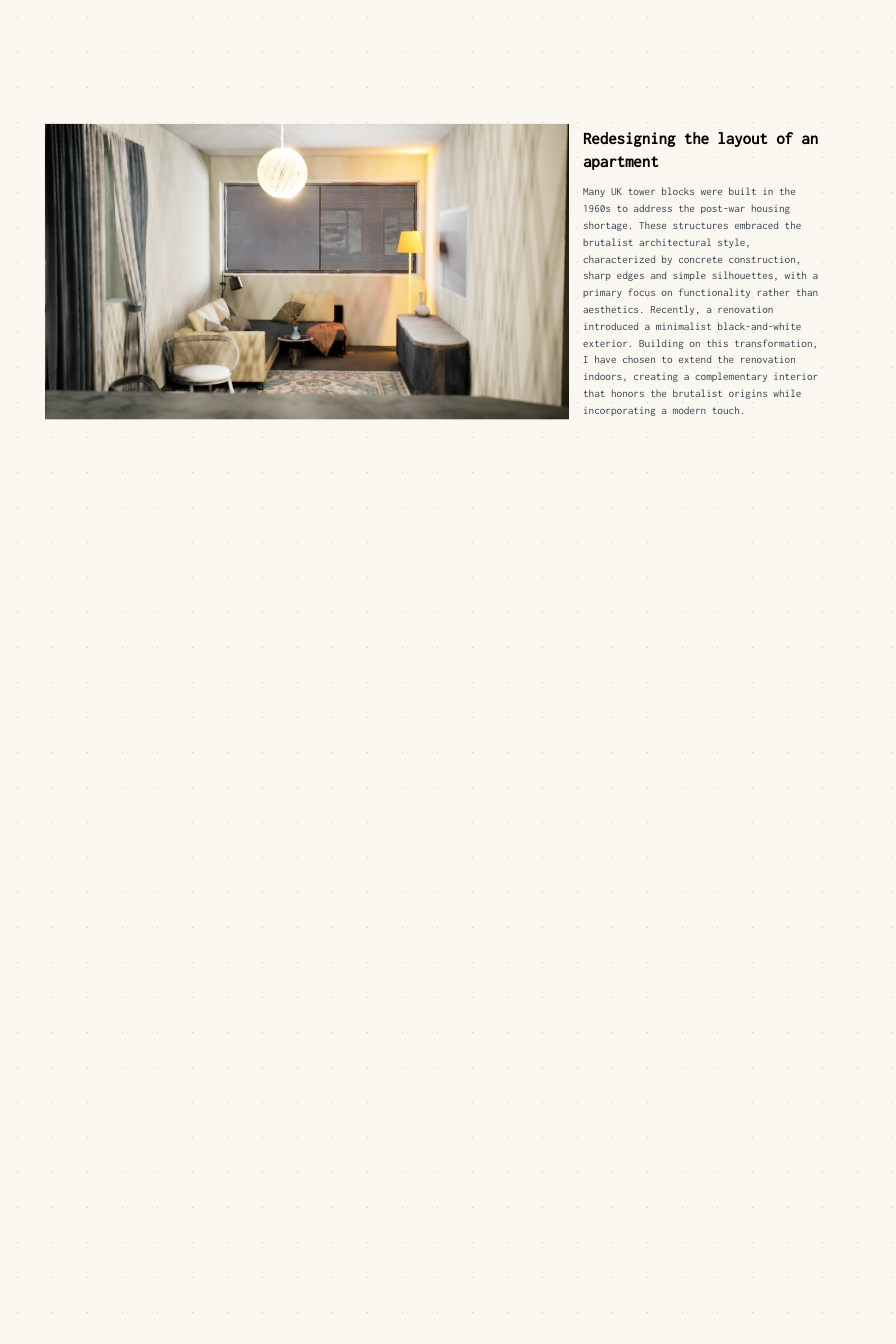
Repository: BBRRE/Portfolio-V2
Page: /#/Architecture
These files come from the project's save history. The page is drawn as it stood at one moment and after the next save; the edit follows.
The browser window is 1280 px wide. The pictures show the part of the page from y = 0 to 1920 px (the page is 4006 px tall), at 70% of full size.
Some web fonts or font styles are not loaded; a fallback is used. The project was rebuilt for these pictures with package versions that can differ from the ones it lists, and the page was loaded fresh each time. Also part of the build but not shown: vite.config.js, src/Subjects/CompSci.jsx, src/Subjects/EEng.jsx, src/Subjects/Other.jsx, src/Projects Overview.jsx, src/HomePage.jsx, src/ErrorBoundary.jsx.

Above is the page before, as saved 2024-11-26 19:10:34.

### index.html
<!doctype html>
<html lang="en">
  <head>
    <meta charset="UTF-8" />
    <link rel="icon" type="image/svg+xml" href="src\assets\letter-bb.svg" />
    <link href="https://fonts.googleapis.com/css2?family=Inconsolata&family=Italiana&family=Hubballi&family=Julius+Sans+One&display=swap" rel="stylesheet">
    <link rel="preconnect" href="https://fonts.googleapis.com" />
<link rel="preconnect" href="https://fonts.gstatic.com" crossorigin />
<link
  rel="stylesheet"
  href="https://fonts.googleapis.com/css2?family=Roboto:wght@300;400;500;700&display=swap"
/>
<link
  rel="stylesheet"
  href="https://fonts.googleapis.com/icon?family=Material+Icons"
/>

    <meta name="viewport" content="width=device-width, initial-scale=1.0" />
    <title>Bilaal Bare</title>
  </head>
  <body>
    <div id="root"></div>
    <script type="module" src="/src/main.jsx"></script>
  </body>
</html>

### src/main.jsx
import React from 'react'
import ReactDOM from 'react-dom/client'
import App from './App'
import ErrorBoundary from './ErrorBoundary'
import './index.css'

ReactDOM.createRoot(document.getElementById('root')).render(
  <React.StrictMode>
    <ErrorBoundary>
      <App />
    </ErrorBoundary>
  </React.StrictMode>
)

### src/App.jsx
import { HashRouter as Router, Routes, Route } from 'react-router-dom';
import Archi from './Subjects/Archi.jsx'
import CompSci from './Subjects/CompSci.jsx'
import EEng from './Subjects/EEng.jsx'
import Other from './Subjects/Other.jsx'
import { HomePage } from './HomePage'
import { useState, useEffect } from 'react'

function App() {
  useEffect(() => {
    console.log('App component mounted')
  }, [])

  return (
    <Router>
        <Routes>
          <Route path="/" element={<HomePage />} />
          <Route path="/Architecture" element={<Archi />} />
          <Route path="/Electronic-Eng" element={<EEng />} />
          <Route path="/Computer-Sci" element={<CompSci />} />
          <Route path="/Other" element={<Other />} />
        </Routes>
    </Router>
  )
}

export default App

### src/index.css
@tailwind base;
@tailwind components;
@tailwind utilities;

@layer utilities {
  .bg-dot-pattern {
    background-image: radial-gradient(circle, rgba(0, 0, 0, 0.2) 1px, transparent 1px);
    background-size: 50px 50px; /* Adjust the spacing here */
  }
}

### src/Subjects/Archi.jsx
import React, { useState, useEffect } from 'react';
import { motion } from "framer-motion";
import archi from "../assets/arch.jpg";
import old from "../assets/Old.jpg";
import newL from "../assets/New.jpg";
import render1 from "../assets/NewLevelSequence.0001.jpeg"
import render2 from "../assets/NewLevelSequence.0002.jpeg"
import render3 from "../assets/NewLevelSequence.0003.jpeg"
import render4 from "../assets/NewLevelSequence.0004.jpeg"
import render5 from "../assets/NewLevelSequence.0005.jpeg"
import kitchen from "../assets/Kitchene.PNG";
import balcony from "../assets/Balconye.PNG";
import bathroom from "../assets/Bathroome.PNG";

const Arcchi = () => {
  const [isExpanded, setIsExpanded] = useState(false);
  const [delayedExpanded, setDelayedExpanded] = useState(false);

  useEffect(() => {
    let timer;
    if (isExpanded) {setDelayedExpanded(true)
    } else {
      timer = setTimeout(() => setDelayedExpanded(false), 1000);
    }
    return () => clearTimeout(timer);
  }, [isExpanded]);

  const containerVariants = {
    hidden: {
      y: -100,
      opacity: 0
    },
    visible: {
      y: 0,
      opacity: 1,
      transition: {
        type: "spring",
        damping: 20,
        stiffness: 100,
        duration: 1
      }
    }
  };
  // Separate variants for mobile and desktop
  const imageVariants = {
    initial: {
      width: '65%',
      x: 0,
      transition: { duration: 2 }
    },
    expanded: {
      width: '100%',
      x: 0,
      transition: { duration: 2 }
    }
  };

  // Desktop-specific variants
  const desktopImageVariants = {
    initial: {
      width: '65%',
      x: 0,
      transition: { duration: 2 }
    },
    expanded: {
      width: '100%',
      x: '15%',
      transition: { duration: 2 }
    }
  };

  const textVariants = {
    initial: { opacity: 1, y: 0 },
    fading: { opacity: 0, transition: { duration: 0.5 } },
    appearing: { opacity: 1, y: '-50%', transition: { duration: 0.5 } }
  };

  return (
    <div className={`bg-[#F9F7F0] bg-dot-pattern font-inconsolata w-full overflow-hidden `}>
      <motion.div
        className="flex flex-col pt-[60px] md:pt-[100px] gap-4 md:gap-8 w-full"
        initial="hidden"
        animate="visible"
        variants={containerVariants}
      >
        <div className="flex w-full mx-auto max-w-[1200px] flex-col px-4 md:px-6">
          {/* Initial hero section */}
          <div
            className="flex flex-col md:flex-row w-full mx-auto max-w-[1200px] h-[60vh] md:h-[80vh] cursor-pointer relative z-10"
            onClick={() => setIsExpanded(!isExpanded)}
          >
            {/* Mobile Image */}

            <motion.img
              className="object-contain rounded-sm z-10 mx-auto md:hidden"
              src={render1}
              initial="initial"
              animate={isExpanded ? "expanded" : "initial"}
              variants={imageVariants}
            />

            {/* Desktop Image */}
            <motion.img
              className="hidden md:block object-contain rounded-sm z-10"
              src={render1}
              initial="initial"
              animate={isExpanded ? "expanded" : "initial"}
              variants={desktopImageVariants}
            />

            <motion.div
              className="w-full md:w-1/3 p-4 md:pl-[20px] md:pt-[20px] my-auto"
              initial="initial"
              animate={isExpanded ? "fading" : "initial"}
              variants={textVariants}
            >
              <h1 className="text-xl md:text-2xl font-semibold mb-4">Redesigning the layout of an apartment</h1>
              <p className="text-gray-700 leading-relaxed text-sm md:text-base z-10">
              Many UK tower blocks were built in the 1960s to address the post-war housing shortage. These structures embraced the brutalist architectural style, characterized by concrete construction, sharp edges and simple silhouettes,
               with a primary focus on functionality rather than aesthetics. Recently, a renovation introduced a minimalist black-and-white exterior. Building on this transformation, I have chosen to extend the renovation indoors,
                creating a complementary interior that honors the brutalist origins while incorporating a modern touch.
              </p>
            </motion.div>
          </div>

          {/* Expanded grid section */}
          <motion.div
            className={`w-full max-w-[1200px] mx-auto transition-all duration-1000 ease-in-out
              ${isExpanded ? 'opacity-100 mt-[-200px] md:mt-8' : 'opacity-0 mt-[-400px]'}
              `}
          >
            <div className="grid grid-cols-1 md:grid-cols-2 gap-8 md:gap-16 p-4 md:p-8 justify-center">
              {/* Balcony Section */}
              <div className="flex flex-col space-y-4 md:space-y-6">
              <img
                  src={balcony}
                  alt="Balcony view"
                  className="w-full max-w-[400px] h-auto object-cover rounded-lg shadow-lg mx-auto"
                />
                <img
                  src={render5}
                  alt="Balcony view"
                  className="w-full max-w-[400px] h-auto object-cover rounded-lg shadow-lg mx-auto"
                />
                <div className="space-y-2 md:space-y-4 px-4 md:px-0">
                  <h2 className="text-lg md:text-xl font-semibold">Balcony Transformation</h2>
                  <p className="text-gray-700 leading-relaxed text-sm md:text-base">
                  What appeared to be a balcony was actually an awkward space connecting the main bedroom to the living room.
                   Despite not protruding from the building's facade, this area had defaulted to storage use. By removing this space,
                    I was able to expand the smaller bedrooms and provide them with direct access to exterior windows. The responsibility of storage would be removed from balcony and distrabuted accross the home
                     requiring alternative storage solutions to be disscused later.
                  </p>
                </div>
              </div>

              {/* Kitchen Section */}
              <div className="flex flex-col space-y-4 md:space-y-6 md:mt-[200px]">
                <img
                  src={kitchen}
                  alt="Balcony view"
                  className="w-full max-w-[400px] h-auto object-cover rounded-lg shadow-lg mx-auto"
                />
                <img
                  src={render2}
                  alt="Kitchen design"
                  className="w-full max-w-[400px] h-auto object-cover rounded-lg shadow-lg mx-auto"
                />
                <div className="space-y-2 md:space-y-4 px-4 md:px-0">
                  <h2 className="text-lg md:text-xl font-semibold">Modern Kitchen Design</h2>
                  <p className="text-gray-700 leading-relaxed text-sm md:text-base">
                    The kitchen was and small narrow with one small window, and despite it's size it was being used as also being used as a laundry
                    room. I decided to expand the kitchen out into the living room and incorporate a large window to not only help with ventilation but
                    to bring some natural light giving a more enjoyable cooking experience. I also removed many small storage rooms in the kitchen and repurposed
                    it into one large laundry / storage room. This alleviates some stress off the kitchen, and as the door is angled away from the kitchen you wouldn't be
                     interupted while baking. The larger laundry / storage room would act as the central storage and as each bedroom is now larger, there would be
                     space for separated storage within each room.
                  </p>
                </div>
              </div>

              {/* Bathroom Section */}
              <div className="flex flex-col space-y-4 md:space-y-6 md:my-[-300px]">
              <img
                  src={bathroom}
                  alt="Balcony view"
                  className="w-full max-w-[400px] h-auto object-cover rounded-lg shadow-lg mx-auto"
                />
                <img
                  src={render3}
                  alt="Bathroom design"
                  className="w-full max-w-[400px] h-auto object-cover rounded-lg shadow-lg mx-auto"
                />
                <div className="space-y-2 md:space-y-4 px-4 md:px-0">
                  <h2 className="text-lg md:text-xl font-semibold">Luxurious Bathroom</h2>
                  <p className="text-gray-700 leading-relaxed text-sm md:text-base">
                    The bathroom was 2 seperate small rooms, while it came with it's advantages, could be used in parralell, it also had many disadvantages, including the small size.
                     A combined washroom gives you a larger space and with the additional
                    divider it would provide the benifit of seperating the toilet from the bathroom. Within the neighberhood this tower block
                    resides, it is very common to have a pair of crocs / flip flops in the bathroom, with the new sliding doors the sandlas can remain
                    at the enterance while you both open and close the door.
                  </p>
                </div>
              </div>

              {/* Floor Plan Section */}
              <div className="flex flex-col space-y-4 md:space-y-6">
                <div className="h-auto md:h-auto bg-white rounded-lg shadow-lg p-4 md:p-6 md:mt-[450px]">
                  <h2 className="text-lg md:text-xl font-semibold mb-2 md:mb-4">Floor Plans & Technical Details</h2>
                  <p className="text-gray-700 leading-relaxed text-sm md:text-base ">
                  Built in the 1960s, this tower block features a typical construction style of its era: load-bearing exterior
                  walls and central columns, with non-load-bearing interior walls. This structural arrangement provided complete freedom
                  in redesigning the interior layout to meet modern living standards. Both the old and renovated floor plan, created in AutoCAD, is shown below.
                  </p>
                </div>
              </div>

              {/* Final Image */}
              <img
                src={old}
                className="col-span-1 md:col-span-2 mt-8 w-full max-w-[1200px] mb-[-50px] mx-auto rounded-lg shadow-lg"
                alt="New Layout"
              />
              <img
                src={newL}
                className="col-span-1 md:col-span-2 mt-8 w-full max-w-[1200px] mb-[100px] mx-auto rounded-lg shadow-lg"
                alt="New Layout"
              />
            </div>
          </motion.div>
        </div>
      </motion.div>
    </div>
  );
};

export default Arcchi;

### tailwind.config.js
/** @type {import('tailwindcss').Config} */
export default {
    darkMode: ["class"],
    content: ["index.css",
  "./src/**/*.{js,ts,jsx,tsx}",],
  theme: {
  	extend: {
  		backgroundImage: {
  			noise: "url('/src/assets/nnnoise.svg')",
  			undulate: "url('/src/assets/uuundulate.svg')"
  		},
  		fontFamily: {
  			inconsolata: ['Inconsolata', 'monospace'],
  			italiana: ['Italiana', 'serif'],
  			hubballi: ['Hubballi', 'cursive'],
  			julius: ['Julius Sans One"', 'sans-serif']
  		},
      keyframes: {
        fadeIn: {
          '0%': { opacity: '0' },
          '100%': { opacity: '1' },
        },
      }
  	}
  }
}

After the next save:
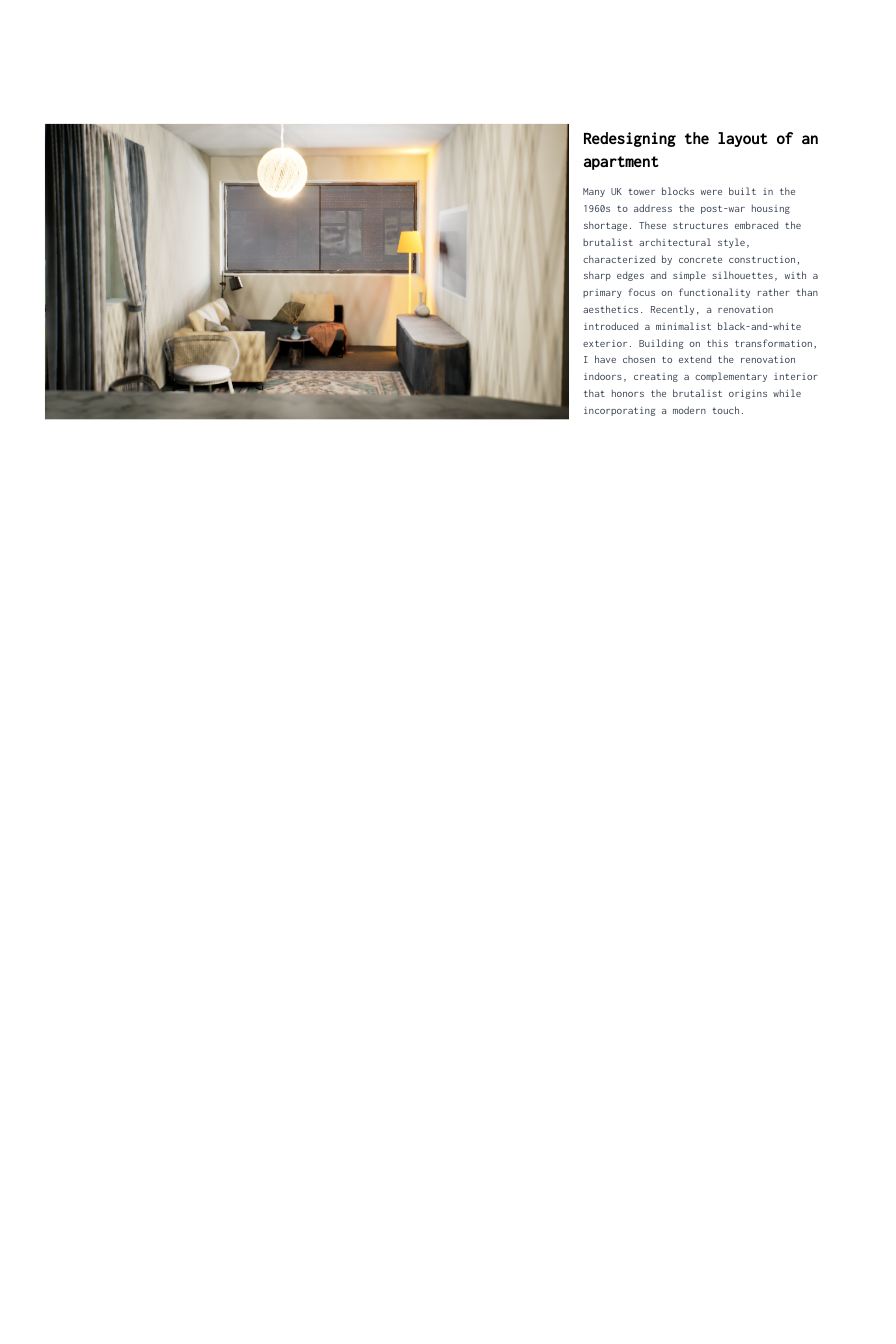
Saved 17 s later.
--- a/src/Subjects/Archi.jsx
+++ b/src/Subjects/Archi.jsx
@@ -76,7 +76,7 @@
   };
 
   return (
-    <div className={`bg-[#F9F7F0] bg-dot-pattern font-inconsolata w-full overflow-hidden `}>
+    <div className={` font-inconsolata w-full overflow-hidden `}>
       <motion.div
         className="flex flex-col pt-[60px] md:pt-[100px] gap-4 md:gap-8 w-full"
         initial="hidden"

After the save that followed:
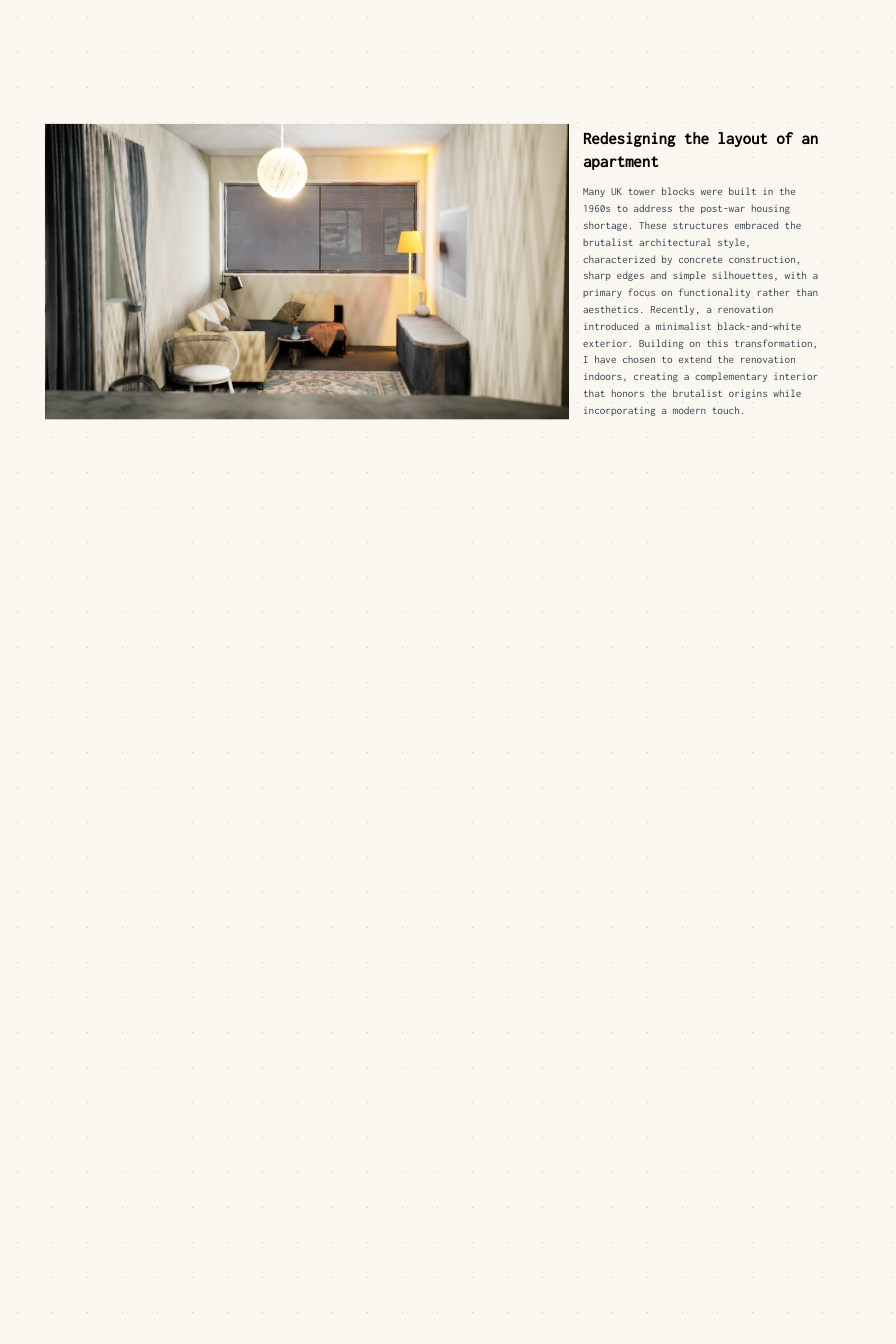
Saved 33 s later.
--- a/src/Subjects/Archi.jsx
+++ b/src/Subjects/Archi.jsx
@@ -76,6 +76,7 @@
   };
 
   return (
+    <div className='bg-[#F9F7F0] bg-dot-pattern flex flex-col gap-14'>
     <div className={` font-inconsolata w-full overflow-hidden `}>
       <motion.div
         className="flex flex-col pt-[60px] md:pt-[100px] gap-4 md:gap-8 w-full"
@@ -230,6 +231,7 @@
         </div>
       </motion.div>
     </div>
+    </div>
   );
 };
 
